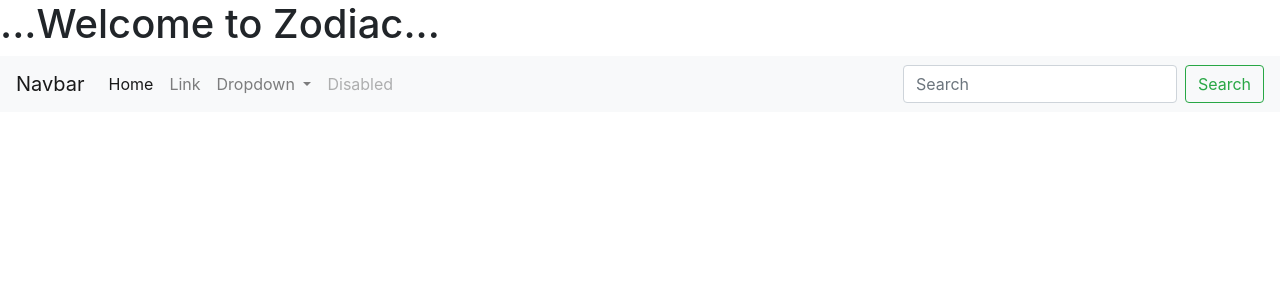
Repository: robertkameni/Zodiac-App
Page: client/index.html
An editor plug-in stored every save of this project. The page is shown before and after a run of saves, followed by the edit.
The browser window is 1280 px wide. The pictures show the whole page.

Above is the page before, as saved 2019-06-16 12:42:03.

### client/index.html
<!DOCTYPE html>
<html lang="en">

<head>
    <meta charset="UTF-8">
    <meta name="viewport" content="width=device-width, initial-scale=1.0">
    <meta http-equiv="X-UA-Compatible" content="ie=edge">
    <link rel="stylesheet" href="./css/style.css">
    <link rel="stylesheet" href="https://stackpath.bootstrapcdn.com/bootstrap/4.3.1/css/bootstrap.min.css"
        integrity="sha384-ggOyR0iXCbMQv3Xipma34MD+dH/1fQ784/j6cY/iJTQUOhcWr7x9JvoRxT2MZw1T" crossorigin="anonymous">

    <title>Your Dailly Horoscope</title>
</head>

<body>
    <h1>...Welcome to Zodiac...</h1>

    <nav class="navbar navbar-expand-lg navbar-light bg-light">
        <a class="navbar-brand" href="#">Navbar</a>
        <button class="navbar-toggler" type="button" data-toggle="collapse" data-target="#navbarSupportedContent"
            aria-controls="navbarSupportedContent" aria-expanded="false" aria-label="Toggle navigation">
            <span class="navbar-toggler-icon"></span>
        </button>

        <div class="collapse navbar-collapse" id="navbarSupportedContent">
            <ul class="navbar-nav mr-auto">
                <li class="nav-item active">
                    <a class="nav-link" href="#">Home <span class="sr-only">(current)</span></a>
                </li>
                <li class="nav-item">
                    <a class="nav-link" href="#">Link</a>
                </li>
                <li class="nav-item dropdown">
                    <a class="nav-link dropdown-toggle" href="#" id="navbarDropdown" role="button"
                        data-toggle="dropdown" aria-haspopup="true" aria-expanded="false">
                        Dropdown
                    </a>
                    <div class="dropdown-menu" aria-labelledby="navbarDropdown">
                        <a class="dropdown-item" href="#">Action</a>
                        <a class="dropdown-item" href="#">Another action</a>
                        <div class="dropdown-divider"></div>
                        <a class="dropdown-item" href="#">Something else here</a>
                    </div>
                </li>
                <li class="nav-item">
                    <a class="nav-link disabled" href="#" tabindex="-1" aria-disabled="true">Disabled</a>
                </li>
            </ul>
            <form class="form-inline my-2 my-lg-0">
                <input class="form-control mr-sm-2" type="search" placeholder="Search" aria-label="Search">
                <button class="btn btn-outline-success my-2 my-sm-0" type="submit">Search</button>
            </form>
        </div>
    </nav>


    <script src="https://code.jquery.com/jquery-3.3.1.slim.min.js"
        integrity="sha384-q8i/X+965DzO0rT7abK41JStQIAqVgRVzpbzo5smXKp4YfRvH+8abtTE1Pi6jizo"
        crossorigin="anonymous"></script>
    <script src="https://cdnjs.cloudflare.com/ajax/libs/popper.js/1.14.7/umd/popper.min.js"
        integrity="sha384-UO2eT0CpHqdSJQ6hJty5KVphtPhzWj9WO1clHTMGa3JDZwrnQq4sF86dIHNDz0W1"
        crossorigin="anonymous"></script>
    <script src="https://stackpath.bootstrapcdn.com/bootstrap/4.3.1/js/bootstrap.min.js"
        integrity="sha384-JjSmVgyd0p3pXB1rRibZUAYoIIy6OrQ6VrjIEaFf/nJGzIxFDsf4x0xIM+B07jRM"
        crossorigin="anonymous"></script>
    <script src="./js/main.js"></script>
</body>

</html>

Loaded but not shown: client/js/main.js (no stored copy; drawn as an empty file); client/css/style.css (no stored copy; drawn as an empty file)

After the next 5 saves:
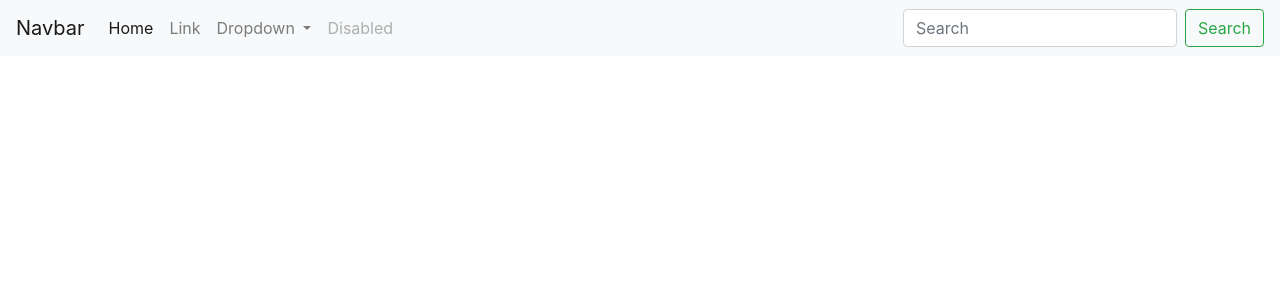
The 5 saves are shown as one change because they came seconds apart.
The last was saved 44 s later.
--- a/client/index.html
+++ b/client/index.html
@@ -13,8 +13,6 @@
 </head>
 
 <body>
-    <h1>...Welcome to Zodiac...</h1>
-
     <nav class="navbar navbar-expand-lg navbar-light bg-light">
         <a class="navbar-brand" href="#">Navbar</a>
         <button class="navbar-toggler" type="button" data-toggle="collapse" data-target="#navbarSupportedContent"
